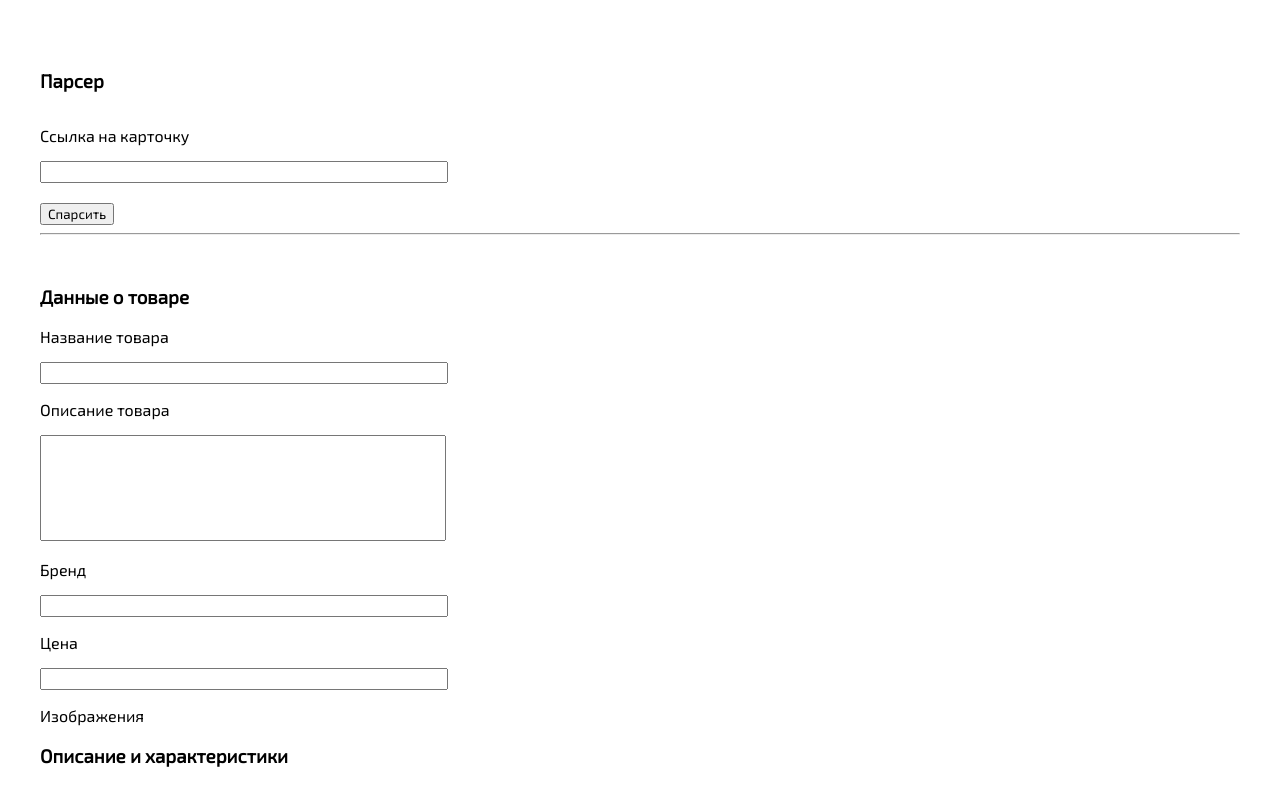
Repository: yozuul/wildberries-product-card-parser-api-exchange
Page: public/index.html
The author's editor kept a copy of each file at every save. The page is drawn from the files as they stood at one save, then again after the next save.
The browser window is 1280 px wide. The pictures show the whole page.

Above is the page before, as saved 2021-08-18 18:29:41.

After the next save:
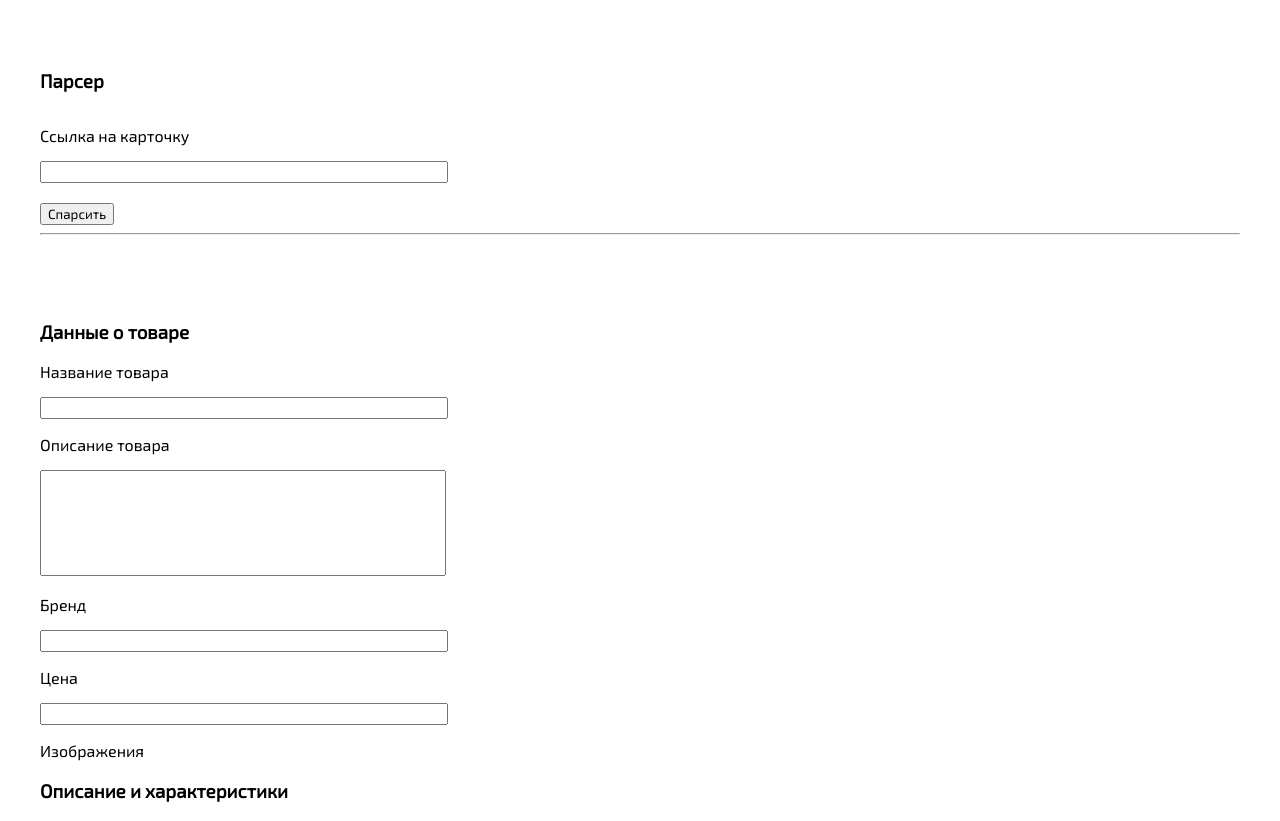
Saved 15 s later.
--- a/public/style.css
+++ b/public/style.css
@@ -13,7 +13,7 @@ body {
    margin: auto;
    margin-top: 50px;
 }
-.formWrapper {
+.productFormWrapper {
    display: flex;
 
 }
